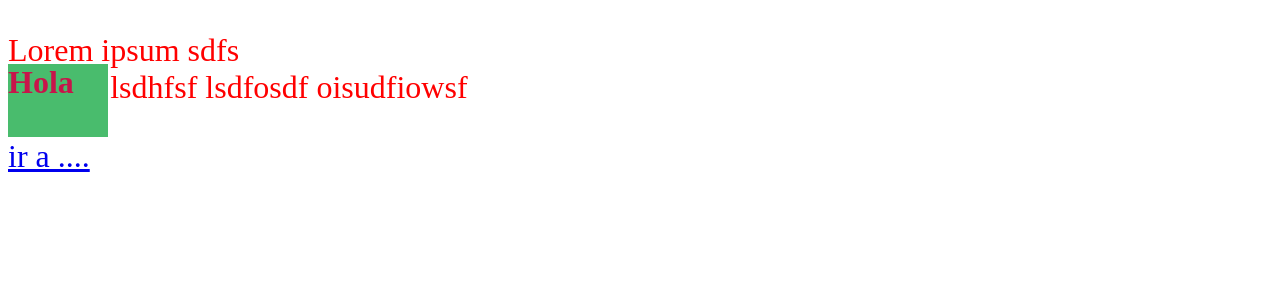
Repository: gadiazsaavedra/Unidad_2
Page: index.html
These files come from the project's save history. The page is drawn as it stood at one moment and after a run of saves; the edit follows.
The browser window is 1280 px wide. The pictures show the whole page.

Above is the page before, as saved 2023-08-07 15:40:09.

After the next 2 saves:
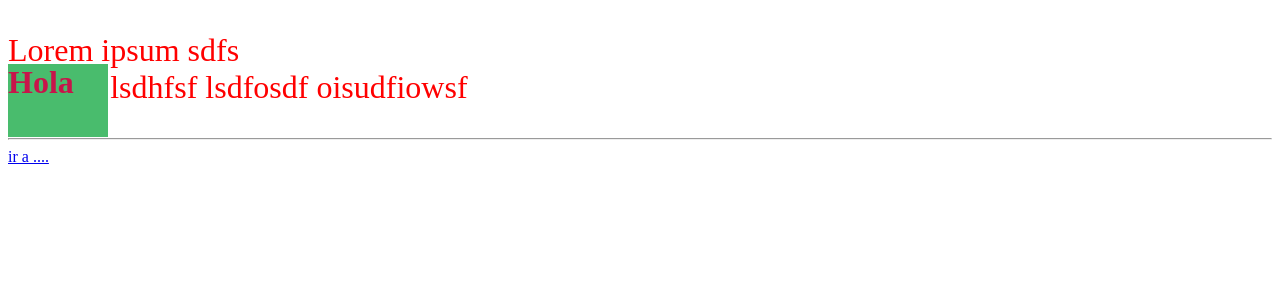
The 2 saves are shown as one change because they came seconds apart.
The last was saved 6 s later.
--- a/index.html
+++ b/index.html
@@ -8,7 +8,7 @@
   <body>
     <p style="width: 100px; height: 73px;" id="mi_parrafo">Hola</p>
     <p>Lorem ipsum sdfs<br/> sdhfsdf lsdhfsf lsdfosdf oisudfiowsf </p>
-
+    <hr
     <p><a href="https://www.google.com/">ir a ....</a><br>
     </p>
   </body>
